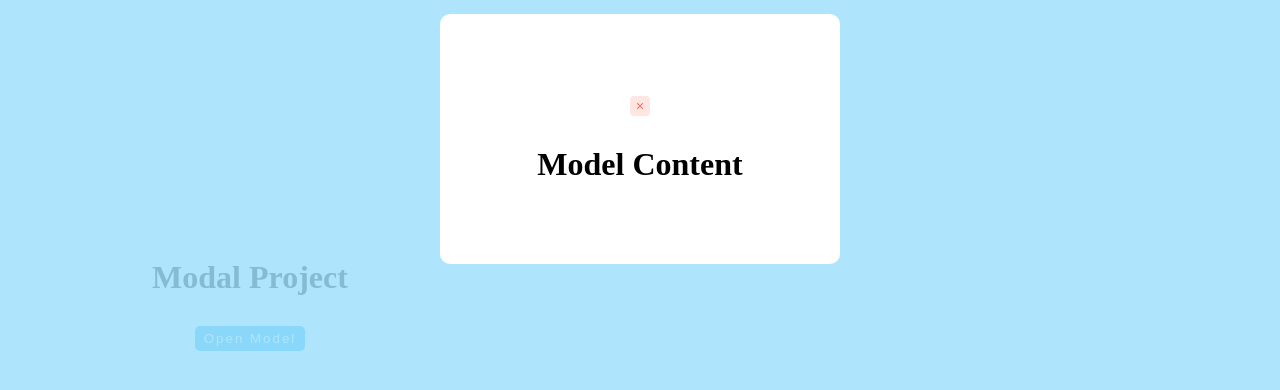
Repository: Trapti10/20-js-practice-projects-in-7-days-challenge
Page: Project_4_Modal_Project/index.html
The author's editor kept a copy of each file at every save. The page is drawn from the files as they stood at one save, then again after a run of saves.
The browser window is 1280 px wide. The pictures show the whole page.

Above is the page before, as saved 2025-11-24 11:02:53.

After the next 4 saves:
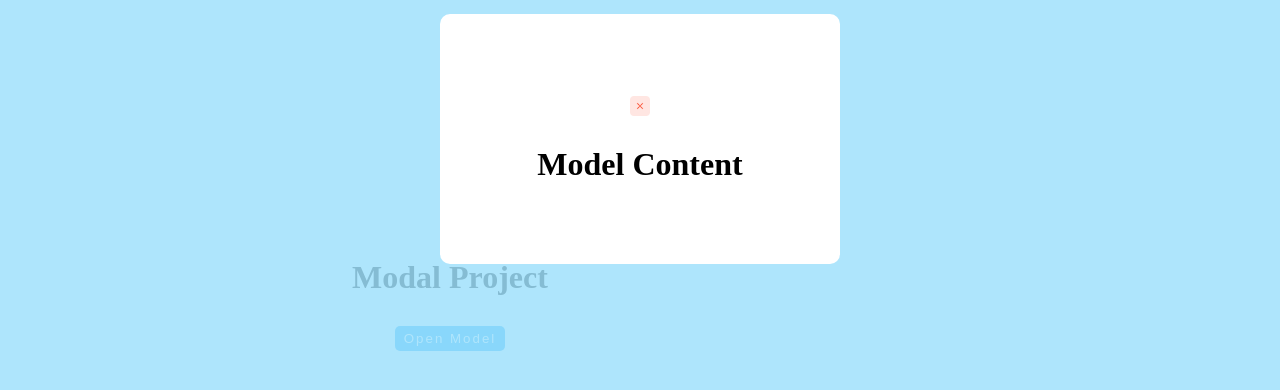
The 4 saves are shown as one change because they came seconds apart.
The last was saved 10 s later.
--- a/Project_4_Modal_Project/style.css
+++ b/Project_4_Modal_Project/style.css
@@ -24,7 +24,7 @@
     top: 25%;
     background: white;
     max-height: 250px;
-    max-width: 500px;
+    max-width: 900px;
     height: 100%;
     width: 100%;
     display: flex;

After the save that followed:
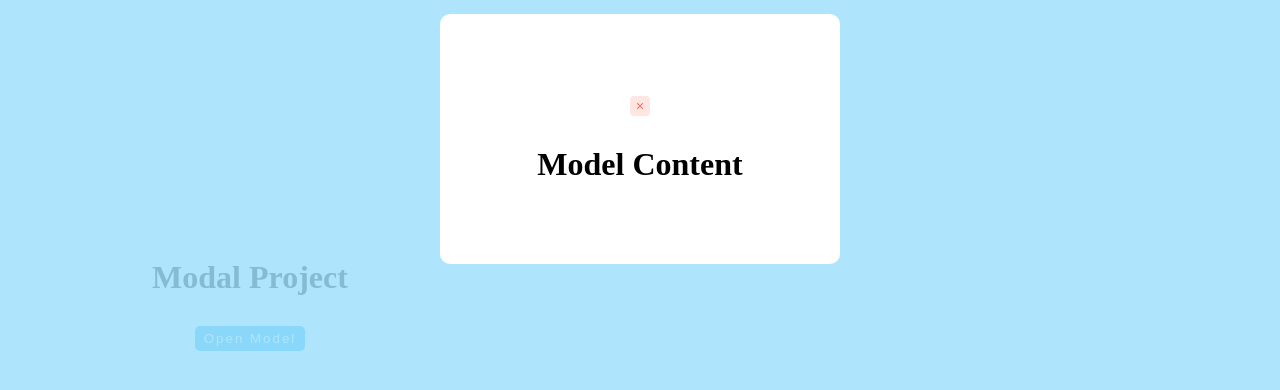
Saved 6 s later.
--- a/Project_4_Modal_Project/style.css
+++ b/Project_4_Modal_Project/style.css
@@ -24,7 +24,7 @@
     top: 25%;
     background: white;
     max-height: 250px;
-    max-width: 900px;
+    max-width: 500px;
     height: 100%;
     width: 100%;
     display: flex;
